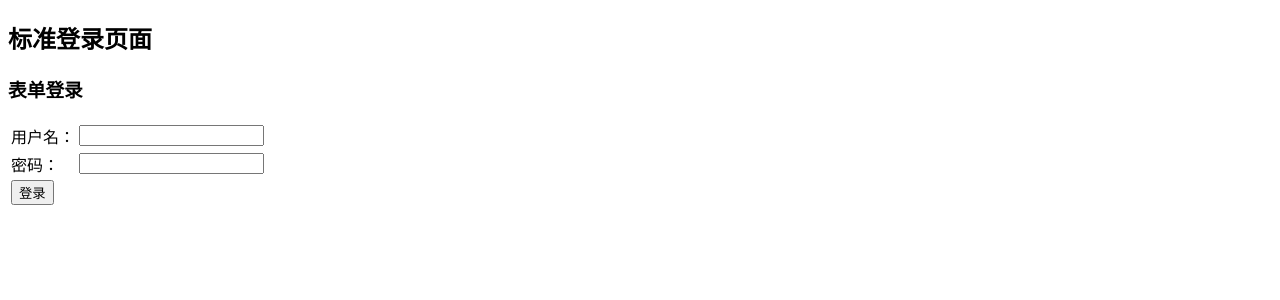
Repository: TPxiaoming/spring-security
Page: xiaoming-security-browser/src/main/resources/resources/xiaoming-signIn.html
The author's editor kept a copy of each file at every save. The page is drawn from the files as they stood at one save, then again after the next save.
The browser window is 1280 px wide. The pictures show the whole page.

Above is the page before, as saved 2019-05-27 13:58:12.

After the next save:
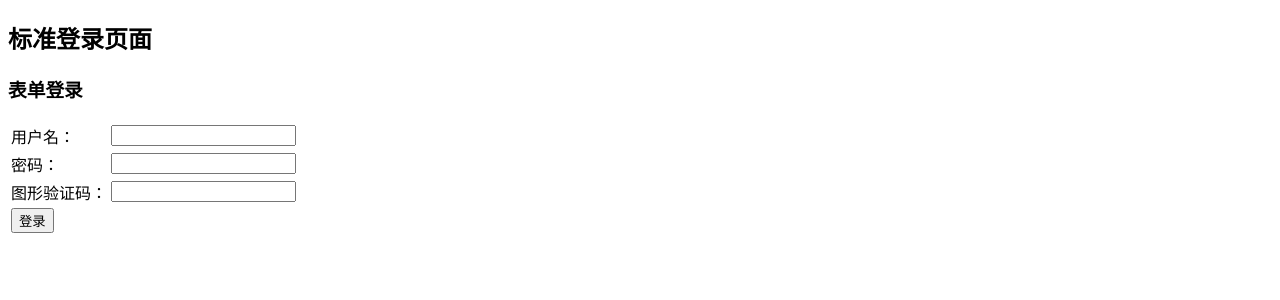
Saved 70 s later.
--- a/xiaoming-security-browser/src/main/resources/resources/xiaoming-signIn.html
+++ b/xiaoming-security-browser/src/main/resources/resources/xiaoming-signIn.html
@@ -18,6 +18,10 @@
                 <td><input type="password" name="password"></td>
             </tr>
             <tr>
+                <td>图形验证码：</td>
+                <td><input type="text" name="imageCode"></td>
+            </tr>
+            <tr>
                 <td colspan="2"><button type="submit">登录</button></td>
             </tr>
         </table>
